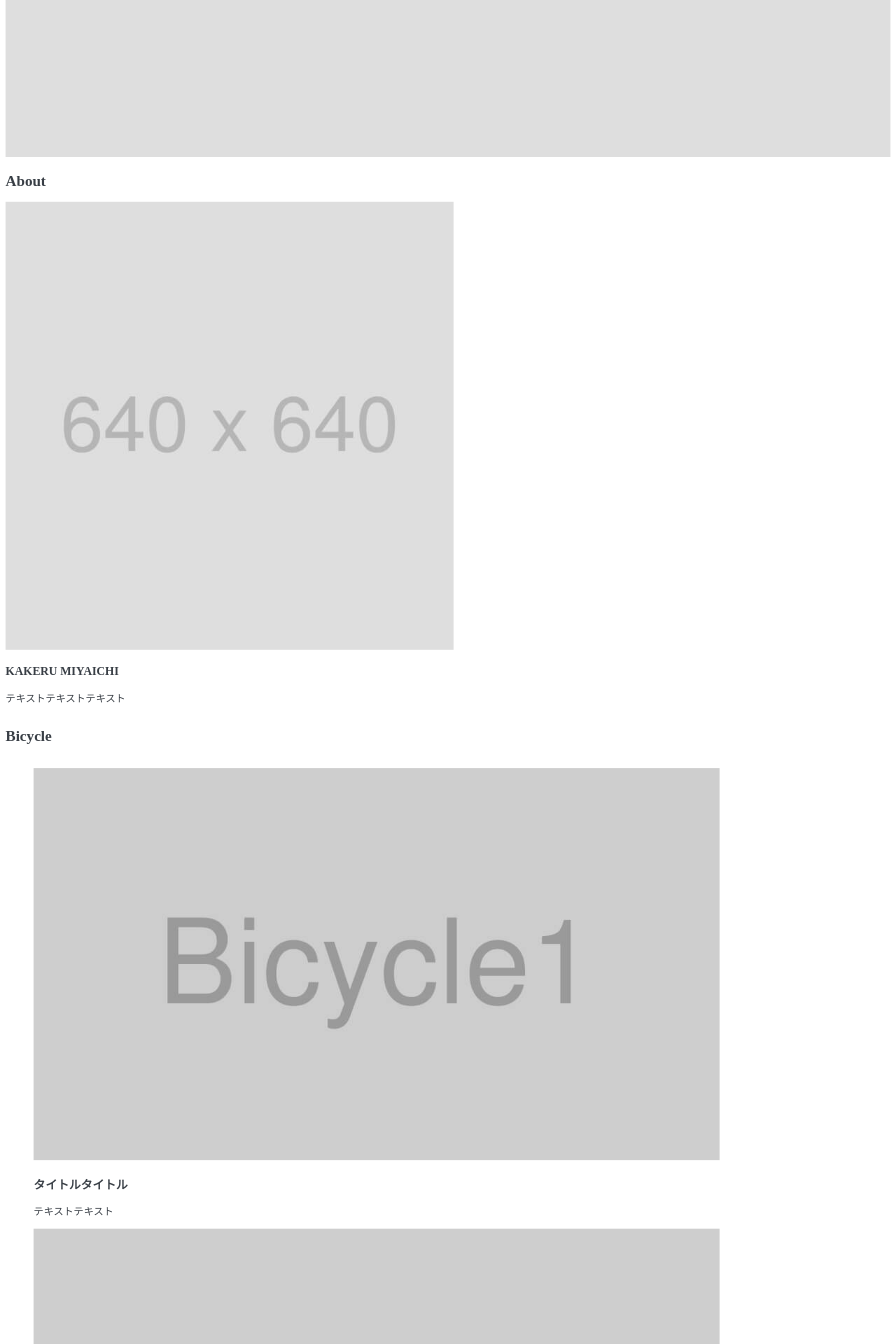
Repository: Fuki-san/bicycle
Page: http://localhost/bicycle
An editor plug-in stored every save of this project. The page is shown before and after a run of saves, followed by the edit.
The browser window is 1280 px wide. The pictures show the part of the page from y = 766 to 2686 px (the page is 3868 px tall before and 3994 px after), at 70% of full size.
The page is served by the project's Laravel application, run on PHP 8.4 with Laravel 10. Other server files are loaded and not shown.

Above is the page before, as saved 2023-11-16 15:02:15.

### routes/web.php
<?php

use Illuminate\Support\Facades\Route;

/*
|--------------------------------------------------------------------------
| Web Routes
|--------------------------------------------------------------------------
|
| Here is where you can register web routes for your application. These
| routes are loaded by the RouteServiceProvider and all of them will
| be assigned to the "web" middleware group. Make something great!
|
*/

Route::get('/', function () {
    return view('welcome');
});

Route::get('bicycle', function () {
    return view('bicycle');
});

### resources/views/bicycle.blade.php
@extends('layouts.main')

@section('title', 'Bicycle')

@section('content')
    <header id="header" class="wrapper">
        <h1 class="site-title"><a href="bicycle.blade.php"><img src="images/img/logo.svg" alt="Profile"></a></h1>
        <nav>
            <ul>
                <li><a href="#about">About</a></li>
                <li><a href="#bicycle">Bicycle</a></li>
            </ul>
        </nav>
    </header>

    <main>

        <div id="mainvisual"><img src="images/img/mainvisual.jpg"></div>

        <section id="about" class="wrapper">
            <h2 class="section-title">About</h2>
            <div class="content">
                <img src="images/img/about.jpg">
                <div class="text">
                    <h3 class="content-title">KAKERU MIYAICHI</h3>
                    <p>テキストテキストテキスト</p>
                </div>
            </div>
        </section>

        <section id="bicycle" class="wrapper">
            <h2 class="section-title">Bicycle</h2>
            <ul>
                <li><img src="images/img/bicycle1.jpg">
                    <h3 class="content-title">タイトルタイトル</h3>
                    <p>テキストテキスト</p>
                </li>
                <li><img src="images/img/bicycle2.jpg">
                    <h3 class="content-title">タイトルタイトル</h3>
                    <p>テキストテキスト</p>
                </li>
                <li><img src="images/img/bicycle3.jpg">
                    <h3 class="content-title">タイトルタイトル</h3>
                    <p>テキストテキスト</p>
                </li>
            </ul>
        </section>
    </main>

    <footer id="footer">
        <p>&copy; 2020 Profile</p>
    </footer>
@endsection

### resources/views/layouts/main.blade.php
<!DOCTYPE html>
<html lang="ja">
<head>
    <meta charset="UTF-8">
    <meta name="viewport" content="width=device-width, initial-scale=1.0">
    <meta http-equiv="X-UA-Compatible" content="ie=edge">
    <link rel="stylesheet" href="{{ asset('css/style.css') }}">
    <title>@yield('title')</title>
</head>
<body>
    @yield('content')
</body>
</html>

### public/css/style.css
@charset "UTF-8";

html{
    font-size: 100%;
}

body{
    color: #383e45;
    font-size: 0.9rem;
}

a {
    text-decoration: none;
}

img {
    max-width: 100%;
}

li{
    list-style: none;
}

.site-title{
    width: 120px;
    line-height: 1px;
    padding: 10px 0;
}

.site-title a{
    display: block;
}

.section-title{
    display: inline-block;

}

### public/img/logo.svg
<?xml version="1.0" encoding="utf-8"?>
<!-- Generator: Adobe Illustrator 15.1.0, SVG Export Plug-In . SVG Version: 6.00 Build 0)  -->
<!DOCTYPE svg PUBLIC "-//W3C//DTD SVG 1.1//EN" "http://www.w3.org/Graphics/SVG/1.1/DTD/svg11.dtd">
<svg version="1.1" id="レイヤー_1" xmlns="http://www.w3.org/2000/svg" xmlns:xlink="http://www.w3.org/1999/xlink" x="0px"
	 y="0px" width="1500px" height="500px" viewBox="0 0 1500 500" enable-background="new 0 0 1500 500" xml:space="preserve">
<g>
	<rect x="0" fill="#393E46" width="1500" height="500"/>
</g>
<g>
	<path fill="#FFFFFF" d="M314.698,365.466h-48.583v-232.55h106.235c45.02,0,72.227,28.825,72.227,74.493
		c0,21.052-11.66,74.169-74.171,74.169h-55.708V365.466z M359.719,241.417c36.275,0,36.275-25.911,36.275-36.275
		c0-22.672-12.632-32.064-42.754-32.064h-38.542v68.34H359.719z"/>
	<path fill="#FFFFFF" d="M478.26,193.158h43.4v29.799h0.646c9.395-17.49,19.758-34.333,47.288-34.333
		c2.915,0,5.83,0.323,8.745,0.647v45.992c-3.887-0.648-8.745-0.648-12.956-0.648c-35.303,0-41.78,22.024-41.78,41.133v89.718H478.26
		V193.158z"/>
	<path fill="#FFFFFF" d="M676.155,370c-46.315,0-88.097-28.501-88.097-90.688c0-62.186,41.781-90.688,88.097-90.688
		c46.316,0,88.097,28.503,88.097,90.688C764.252,341.499,722.472,370,676.155,370z M676.155,226.843
		c-34.979,0-41.457,30.445-41.457,52.47c0,22.023,6.478,52.469,41.457,52.469s41.458-30.445,41.458-52.469
		C717.613,257.288,711.135,226.843,676.155,226.843z"/>
	<path fill="#FFFFFF" d="M848.461,365.466h-45.344V225.547h-24.939v-32.389h24.939v-13.927c0-35.628,19.434-49.231,50.527-49.231
		c13.278,0,19.432,0.323,23.318,0.648v36.599h-12.631c-15.547,0-15.871,4.858-15.871,19.109v6.802h29.474v32.389h-29.474V365.466z"
		/>
	<path fill="#FFFFFF" d="M950.484,172.754H905.14v-42.105h45.345V172.754z M950.484,193.158v172.308H905.14V193.158H950.484z"/>
	<path fill="#FFFFFF" d="M1040.524,365.466h-45.344v-232.55h45.344V365.466z"/>
	<path fill="#FFFFFF" d="M1231.94,314.939c-11.982,41.457-46.314,55.061-75.788,55.061c-48.584,0-85.83-23.319-85.83-94.252
		c0-20.728,7.125-87.124,82.592-87.124c34.008,0,80.971,16.194,80.971,94.898v8.097h-118.219
		c1.296,12.956,3.887,42.105,40.486,42.105c12.631,0,25.586-6.479,29.148-18.785H1231.94z M1187.245,262.146
		c-2.591-27.855-20.404-36.275-34.979-36.275c-21.377,0-32.713,13.604-35.304,36.275H1187.245z"/>
</g>
</svg>

After the next 10 saves:
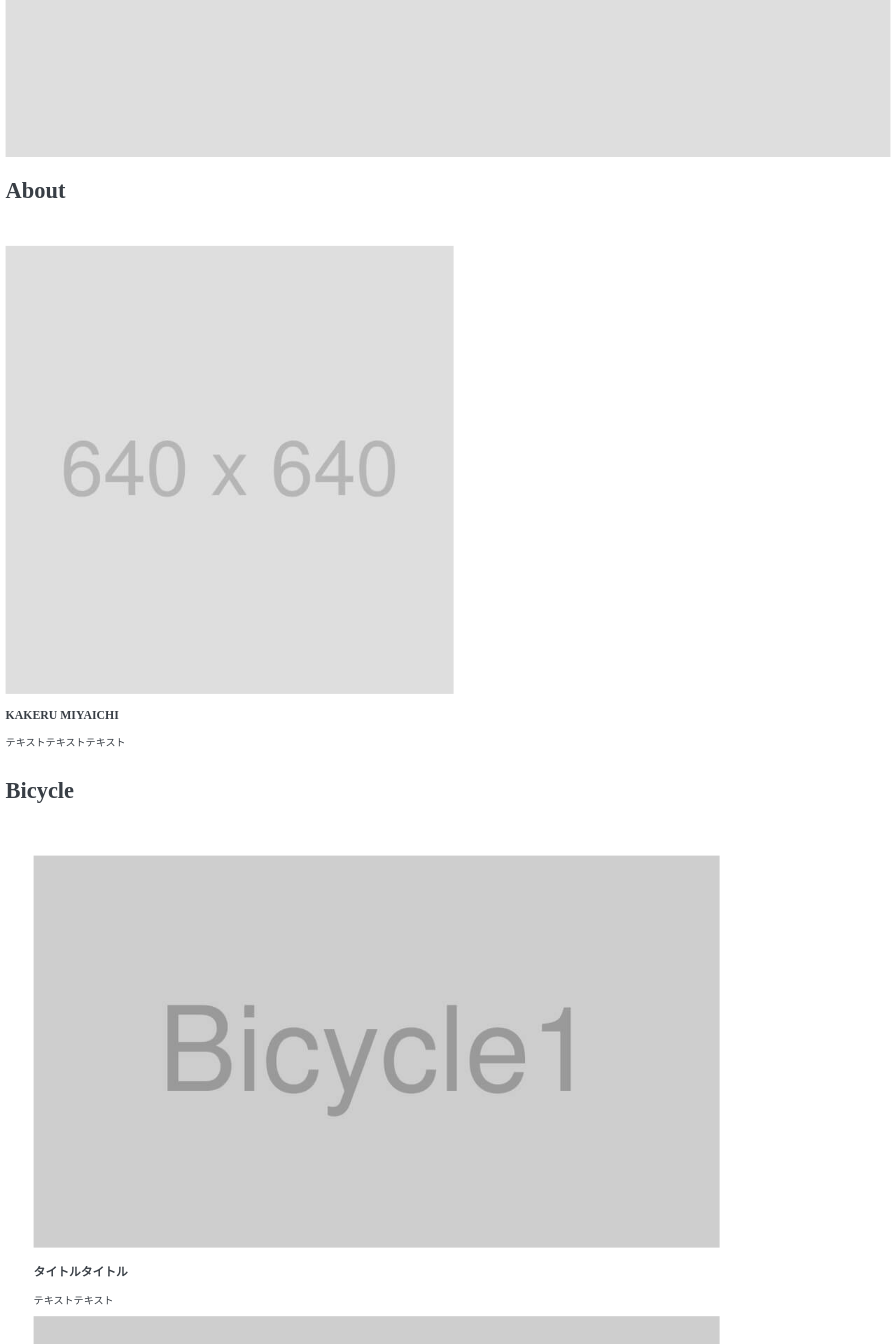
The 10 saves are shown as one change because they came seconds apart.
The last was saved 27 s later.
--- a/public/css/style.css
+++ b/public/css/style.css
@@ -33,5 +33,8 @@ li{
 
 .section-title{
     display: inline-block;
-
+    font-size: 2rem;
+    text-align: center;
+    margin-bottom: 60px;
+    border-bottom: ;
 }
